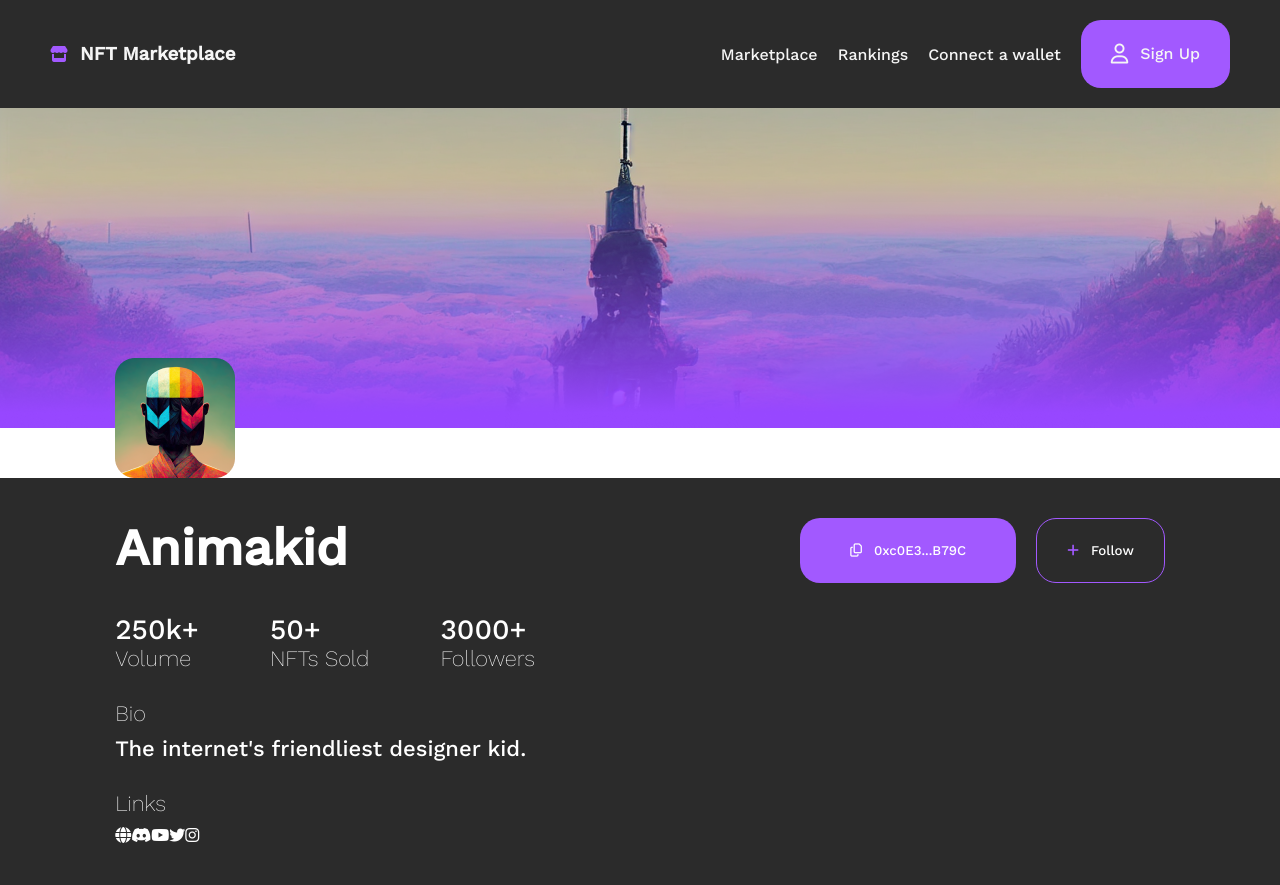
Repository: levananh202ht/NFT_Marketplace
Page: index.html
An editor plug-in stored every save of this project. The page is shown before and after the next save, followed by the edit.
The browser window is 1280 px wide. The pictures show the whole page.

Above is the page before, as saved 2023-12-09 14:33:01.

After the next save:
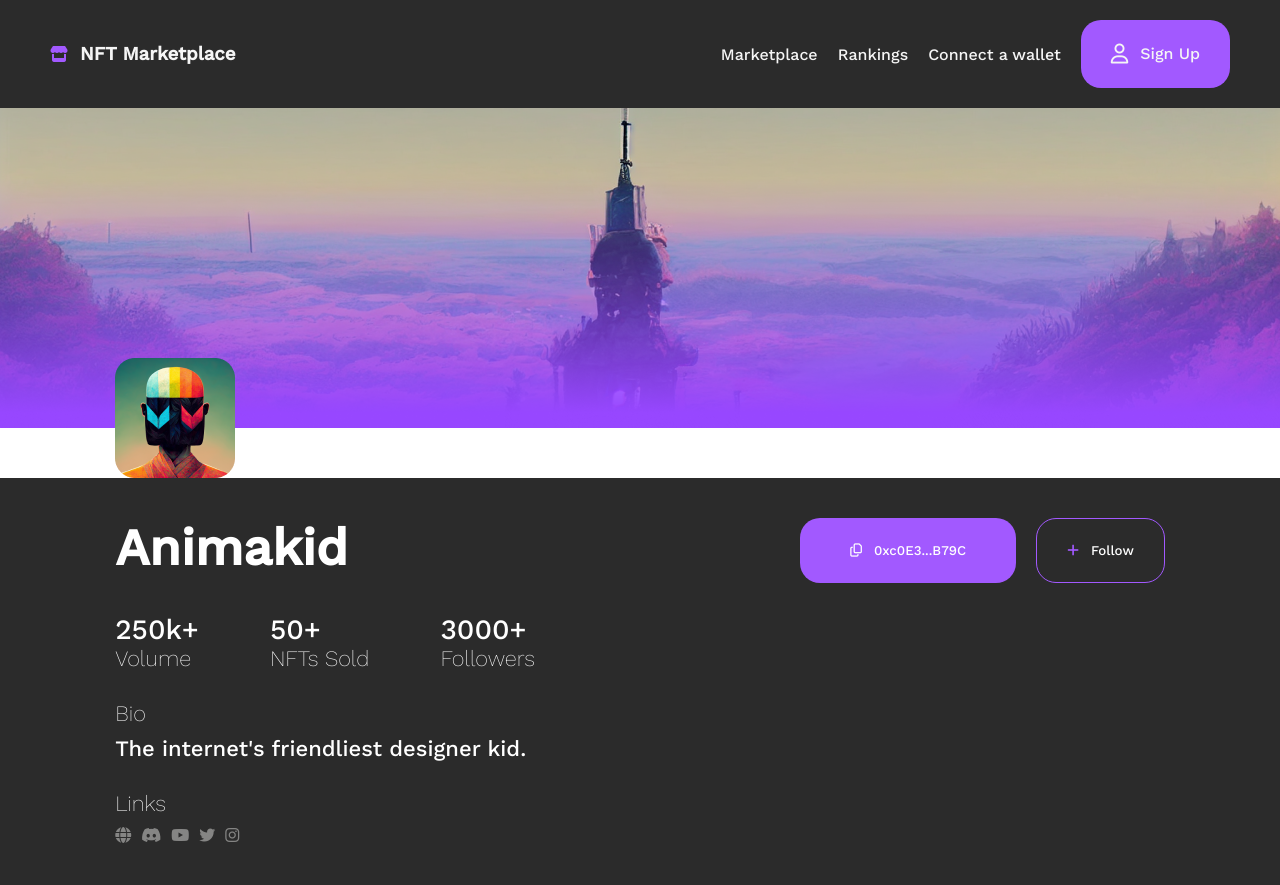
Saved 48 s later.
--- a/index.css
+++ b/index.css
@@ -152,6 +152,7 @@
     display: flex;
     list-style: none;
 }
-.nft_userInfo .nft_userInfo-bottom .nft_userInfo-bottom-links uk li {
+.nft_userInfo .nft_userInfo-bottom .nft_userInfo-bottom-links ul li {
     margin-right: 10px;
+    color: #858584;
 }

After the save that followed:
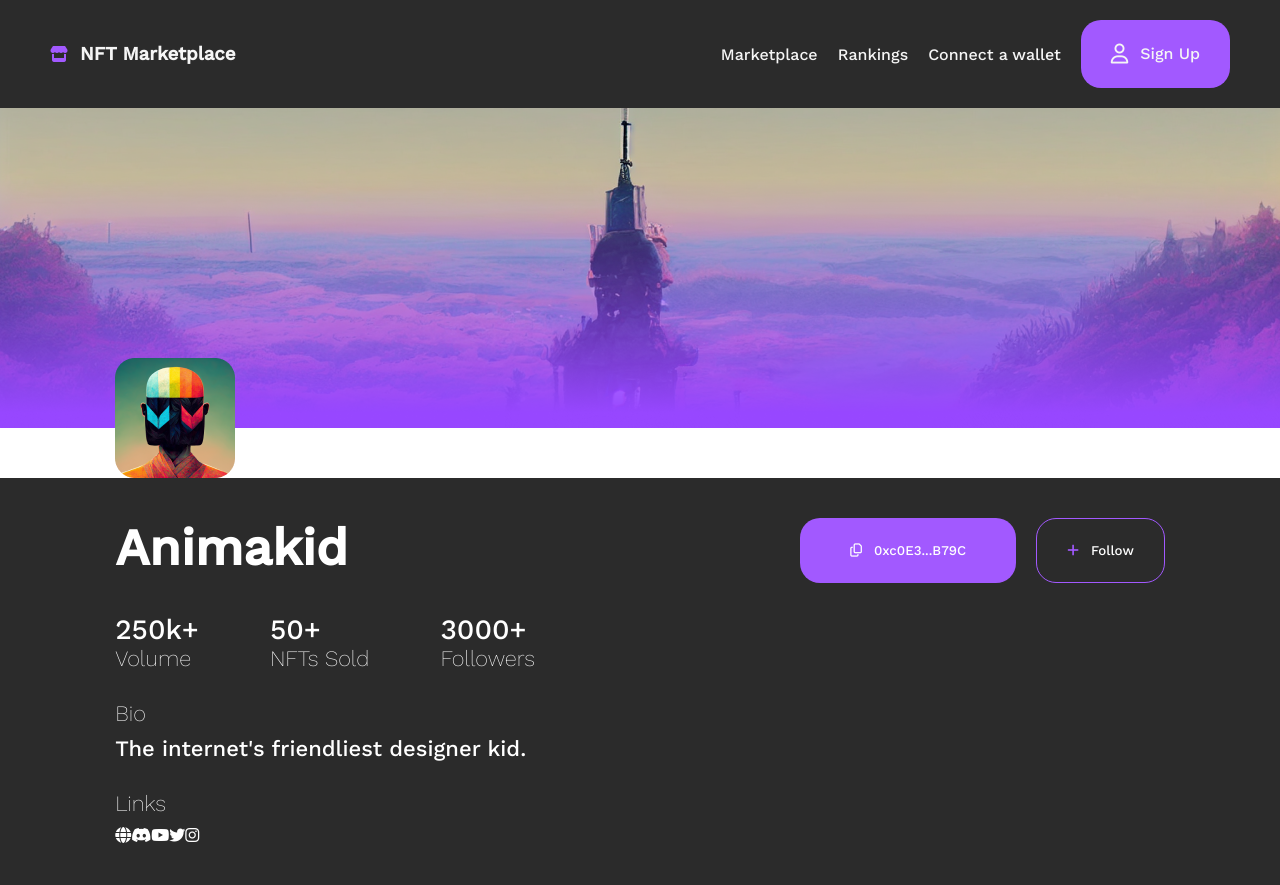
Saved 2 min 20 s later.
--- a/index.css
+++ b/index.css
@@ -152,7 +152,7 @@
     display: flex;
     list-style: none;
 }
-.nft_userInfo .nft_userInfo-bottom .nft_userInfo-bottom-links ul li {
+.nft_userInfo .nft_userInfo-bottom .nft_userInfo-bottom-links ul li a {
     margin-right: 10px;
     color: #858584;
 }
